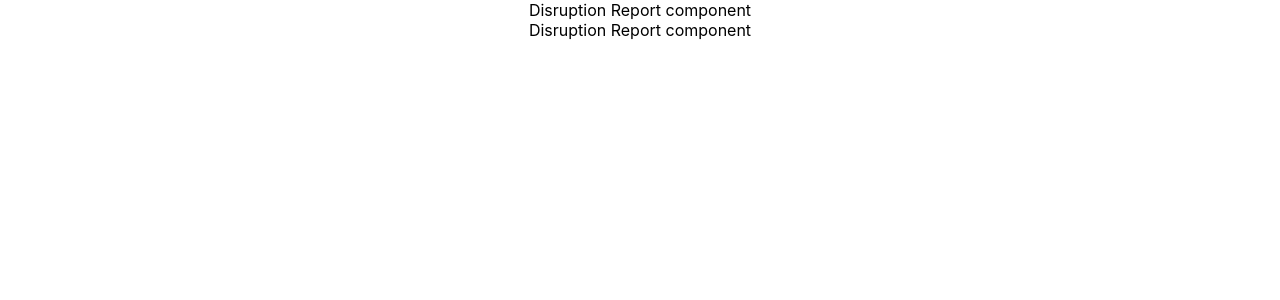
Repository: deepakkaithwas/AirBus
Page: /
The author's editor kept a copy of each file at every save. The page is drawn from the files as they stood at one save, then again after the next save.
The browser window is 1280 px wide. The pictures show the whole page.
The project was rebuilt for these pictures with package versions that can differ from the ones it lists, and the page was loaded fresh each time.

Above is the page before, as saved 2019-12-13 18:28:28.

After the next save:
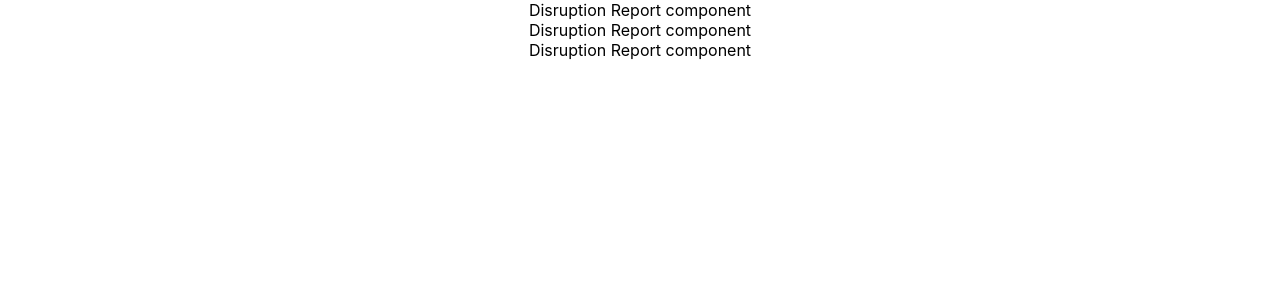
Saved 25 s later.
--- a/src/pages/ExecutiveSummary/index.js
+++ b/src/pages/ExecutiveSummary/index.js
@@ -1,12 +1,14 @@
 import React from "react";
 import DisruptionRport from "../../components/DisruptionReport";
 import EventOccurence from "../../components/EventOccurence";
+import MaintenanceBudget from "../../components/MaintenanceBudget";
 
 const ExecutiveSummary = () => {
   return (
     <React.Fragment>
       <DisruptionRport />
       <EventOccurence />
+      <MaintenanceBudget />
     </React.Fragment>
   );
 };
